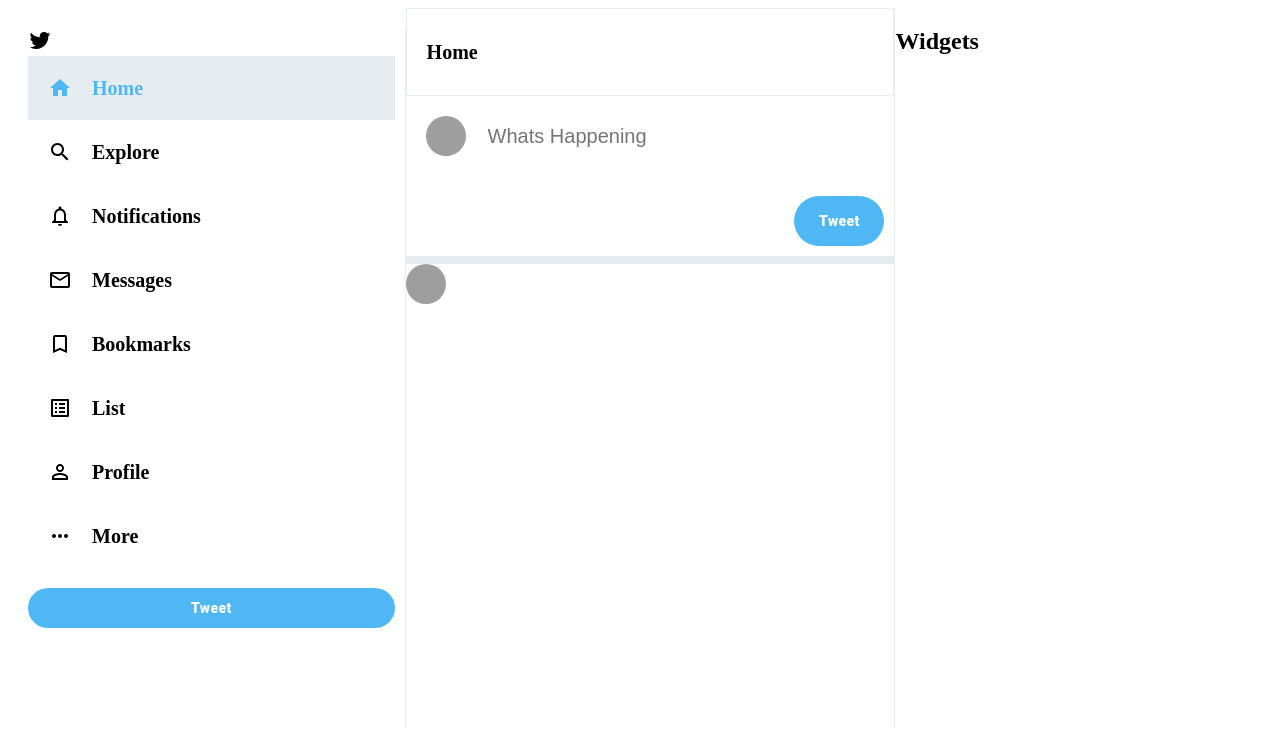
Repository: shehriyarnadeem/twitter-clone
Page: /
These files come from the project's save history. The page is drawn as it stood at one moment and after the next save; the edit follows.
The browser window is 1280 px wide. The pictures show the whole page.
Pictures or frames that could not be fetched are drawn as grey boxes. The project was rebuilt for these pictures with package versions that can differ from the ones it lists, and the page was loaded fresh each time. Also part of the build but not shown: src/index.css, src/Post.css.

Above is the page before, as saved 2020-08-08 23:58:56.

### src/App.js
import React from "react";
import Sidebar from "./Sidebar";
import Feed from "./Feed";
import Widgets from "./Widgets";
import "./App.css";

function App() {
  return (
    <div className="App">
      <Sidebar />
      <Feed />
      <Widgets />
      {/* Feed */}
      {/* Widget */}
    </div>
  );
}

export default App;

### src/Sidebar.js
import React from "react";
import SidebarOption from "./SidebarOption";
import TwitterIcon from "@material-ui/icons/Twitter";
import HomeIcon from "@material-ui/icons/Home";
import SearchIcon from "@material-ui/icons/Search";
import NotificationsNoneIcon from "@material-ui/icons/NotificationsNone";
import MailOutlineIcon from "@material-ui/icons/MailOutline";
import BookmarkBorderIcon from "@material-ui/icons/BookmarkBorder";
import ListAltIcon from "@material-ui/icons/ListAlt";
import PermIdentityIcon from "@material-ui/icons/PermIdentity";
import MoreHorizIcon from "@material-ui/icons/MoreHoriz";
import { Button } from "@material-ui/core";
import "./Sidebar.css";

const Sidebar = () => {
  return (
    <div className="sidebar">
      <TwitterIcon />
      <SidebarOption active Icon={HomeIcon} text="Home" />
      <SidebarOption Icon={SearchIcon} text="Explore" />
      <SidebarOption Icon={NotificationsNoneIcon} text="Notifications" />
      <SidebarOption Icon={MailOutlineIcon} text="Messages" />
      <SidebarOption Icon={BookmarkBorderIcon} text="Bookmarks" />
      <SidebarOption Icon={ListAltIcon} text="List" />
      <SidebarOption Icon={PermIdentityIcon} text="Profile" />
      <SidebarOption Icon={MoreHorizIcon} text="More" />
      <Button variant="outlined" className="sidebar__tweet" fullWidth>
        Tweet
      </Button>
    </div>
  );
};

export default Sidebar;

### src/Feed.js
import React from "react";
import TweetBox from "./TweetBox";
import Post from "./Post";
import "./Feed.css";
const Feed = () => {
  return (
    <div className="feed">
      <div className="feed__header">
        <h2>Home</h2>
      </div>
      <TweetBox />
      <Post />

      {/* Post */}
    </div>
  );
};

export default Feed;

### src/Widgets.js
import React from "react";
import "./Widgets.css";
export default function Widgets() {
  return (
    <div className="widgets">
      <h2>Widgets</h2>
    </div>
  );
}

### src/App.css
body {
  --twitter-color: #50b7f5;
  --twitter-background: #e6ecf0;
}

.App {
  display: flex;
  height: 100vh;
  margin-left: auto;
  margin-right: auto;
  padding: 0 10px;

  max-width: 1300px;
}

### src/SidebarOption.js
import React from "react";
import "./SidebarOption.css";
const SidebarOption = ({ active, text, Icon }) => {
  return (
    <div className={`sidebarOption ${active && "sidebarOption--active"}`}>
      <Icon />
      <h2>{text}</h2>
    </div>
  );
};

export default SidebarOption;

### src/Sidebar.css
.sidebar {
  border-right: 1px solid var(--twitter-background);
  flex: 0.3;
  margin-top: 20px;
  padding-left: 10px;
  padding-right: 10px;
}

.sidebar__tweet {
  background-color: var(--twitter-color) !important;
  border: none !important;
  color: white !important;
  font-weight: 900 !important;
  text-transform: inherit !important;

  border-radius: 30px !important;
  height: 40px !important;
  margin-top: 20px !important;
}

### src/TweetBox.js
import React from "react";
import { Avatar, Button } from "@material-ui/core";
import "./TweetBox.css";

function TweetBox() {
  return (
    <div className="tweetBox">
      <form>
        <div className="tweetBox__input">
          <Avatar src="https://api.adorable.io/avatars/51/abott@adorable.png" />
          <input type="text" placeholder="Whats Happening" />
        </div>
        {/* <input
          className="tweetBox__imageInput"
          placeholder="Optional : Enter image URL"
          type="text"
        /> */}
        <Button className="tweetBox__tweetButton">Tweet</Button>
      </form>
    </div>
  );
}

export default TweetBox;

### src/Post.js
import React from "react";
import "./Post.css";
import { Avatar, Button } from "@material-ui/core";
const Post = ({ displayName, username, verified, timestamp }) => {
  return (
    <div className="post">
      <div className="post__avatar">
        <Avatar src="https://api.adorable.io/avatars/51/abott@adorable.png" />
      </div>
      <div className="post__body">
        <div classname="post__header"></div>
      </div>
    </div>
  );
};

export default Post;

### src/Feed.css
.feed {
  flex: 0.4;
  border-right: 1px solid var(--twitter-background);
  min-width: fit-content;
  overflow-y: scroll;
}

.feed::-webkit-scrollbar {
  display: none;
}

.feed__header {
  position: sticky;
  top: 0;
  background-color: white;
  z-index: 100;
  border: 1px solid var(--twitter-background);
  padding: 15px 20px;
}

.feed__header > h2 {
  font-size: 20px;
  font-weight: 000;
}

### src/Widgets.css
.widgets {
  flex: 0.3;
}

### src/SidebarOption.css
.sidebarOption {
  display: flex;
  align-items: center;
  cursor: pointer;
}

.sidebarOption:hover {
  background-color: var(--twitter-background);
  border-radius: 30px;
  color: var(--twitter-color);
  transition: color 300ms ease-out;
}

.sidebarOption > .MuiSvgIcon-root {
  padding: 20px;
}
.sidebarOption > h2 {
  font-weight: 800;
  font-size: 20px;
  margin-right: 20px;
}
.sidebarOption--active {
  color: var(--twitter-color);
  background-color: var(--twitter-background);
}

### src/TweetBox.css
.tweetBox {
  padding-bottom: 10px;
  border-bottom: 8px solid var(--twitter-background);
  padding-right: 10px;
}

.tweetBox > form {
  display: flex;
  flex-direction: column;
}

.tweetBox__input {
  padding: 20px;
  display: flex;
}

.tweetBox__input > input {
  flex: 1;
  font-size: 20px;
  margin-left: 20px;
  border: none;
}

.tweetBox__tweetButton {
  background-color: var(--twitter-color) !important;
  border: none !important;
  color: white !important;
  font-weight: 900 !important;
  text-transform: inherit !important;
  border-radius: 30px !important;
  height: 50px !important;
  width: 90px !important;
  margin-left: auto !important;
  margin-top: 20px !important;
}

.tweetBox__imageInput {
}

Loaded but not shown: public/index.html (common file); src/index.js (common file)

After the next save:
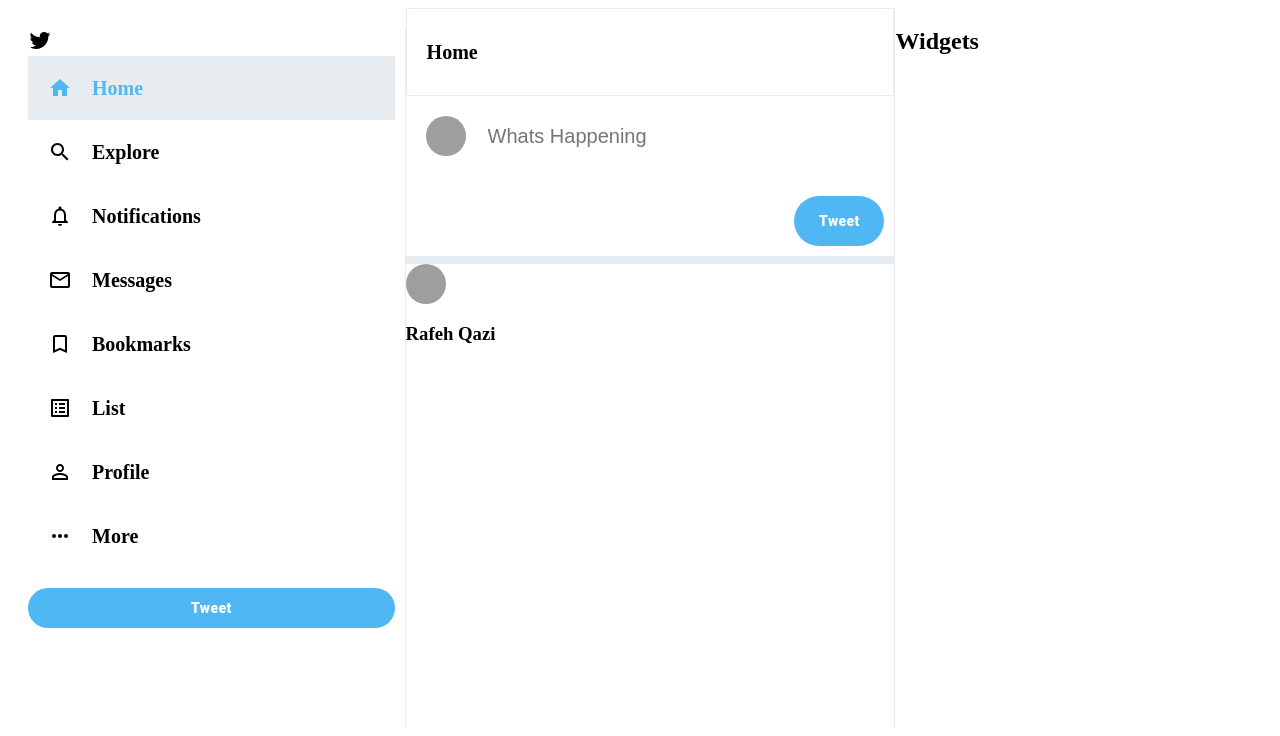
Saved 66 s later.
--- a/src/Post.js
+++ b/src/Post.js
@@ -8,7 +8,11 @@
         <Avatar src="https://api.adorable.io/avatars/51/abott@adorable.png" />
       </div>
       <div className="post__body">
-        <div classname="post__header"></div>
+        <div classname="post__header">
+          <div className="post__headerText">
+            <h3> Rafeh Qazi</h3>
+          </div>
+        </div>
       </div>
     </div>
   );
